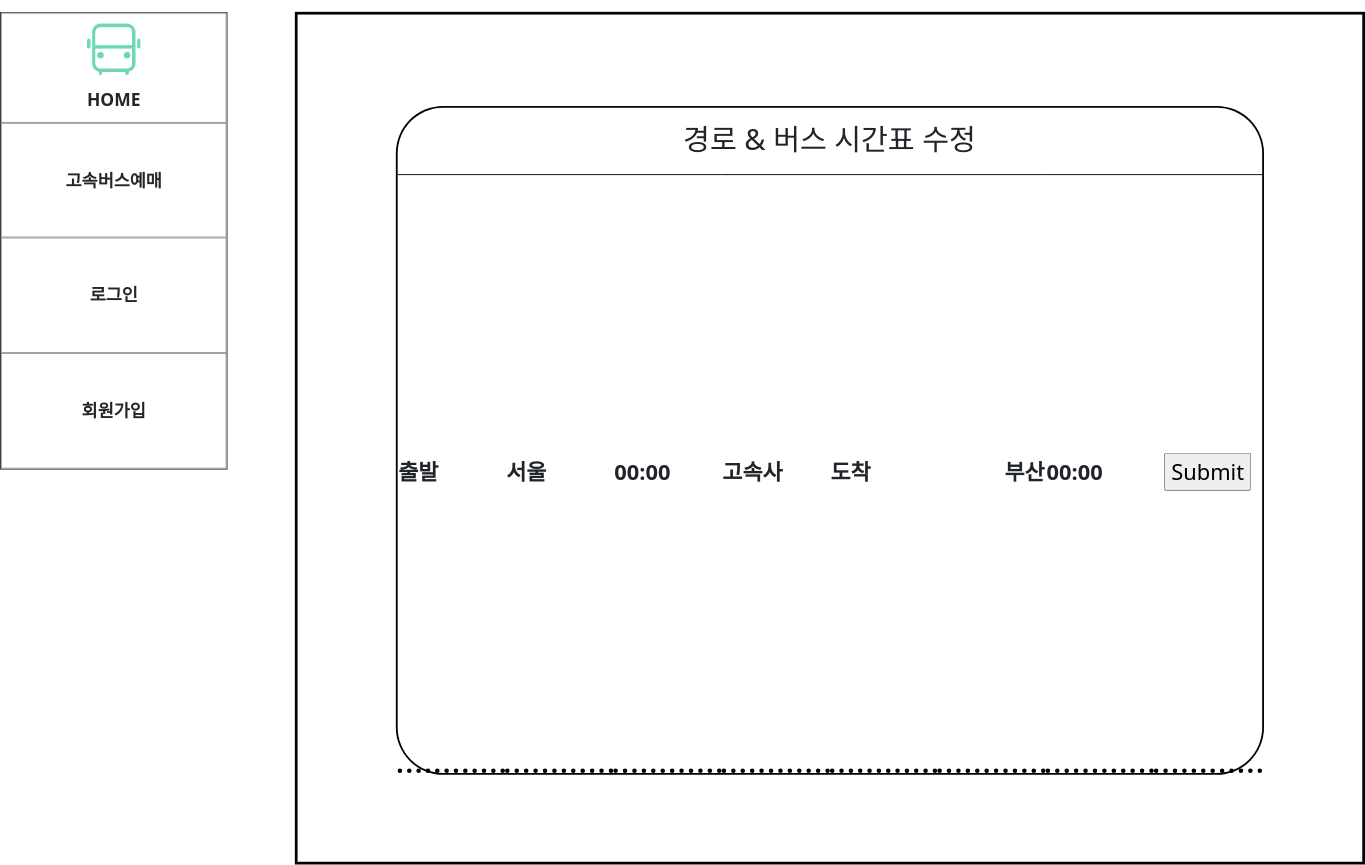
Repository: rudqhd79/spring_personal
Page: http://localhost/edit/edit
An editor plug-in stored every save of this project. The page is shown before and after the next save, followed by the edit.
The browser window is 1280 px wide. The page is 1500 px wide, so the pictures cover 1500 px, including what lies to the right of the window. The pictures show the whole page, at 91% of full size.
The page is this project's Thymeleaf template; nobody is signed in. The template is opened directly, without the code that normally fills it, so the values that code supplies are empty.

Above is the page before, as saved 2023-02-03 09:32:40.

After the next save:
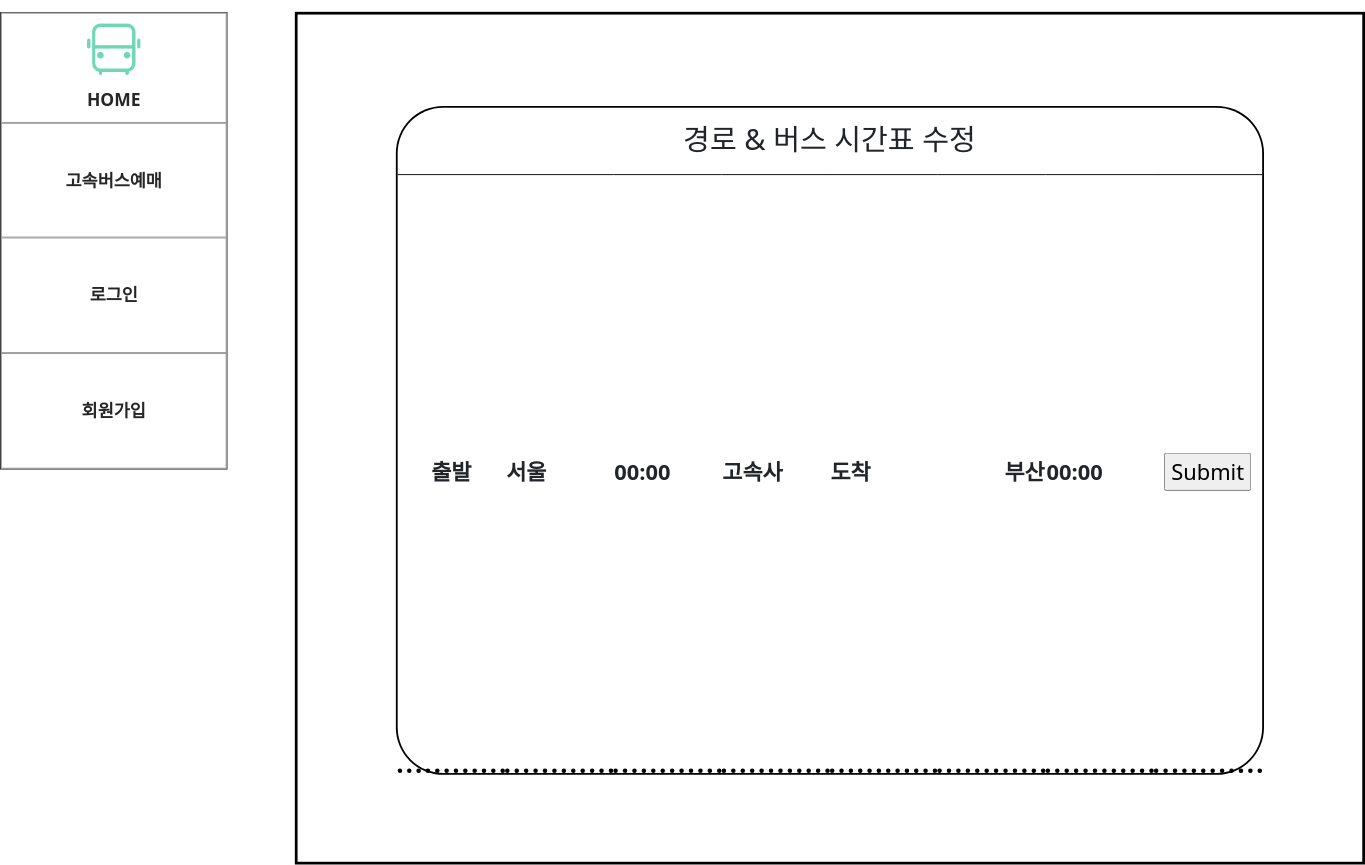
Saved 4 s later.
--- a/bus-reservation/src/main/resources/templates/edit/edit.html
+++ b/bus-reservation/src/main/resources/templates/edit/edit.html
@@ -41,7 +41,7 @@
 				<div style="text-align: center; font-size: 2em; margin: 10px 0 15px 0;">경로 & 버스 시간표 수정</div>
 				<table class="edit_table" style="width:100%; height:90%;">
 					<tr style="font-size: 1.5em; width: 80%; border-bottom: 5px dotted black;">
-						<th class="" style="width:calc(100%/8); text-align: left">출발</th>
+						<th class="" style="width:calc(100%/8); text-align: center">출발</th>
 						<th class="" style="width:calc(100%/8); text-align: left">서울</th>
 						<th class="" style="width:calc(100%/8); text-align: left">00:00</th>
 						<th class="" style="width:calc(100%/8); text-align: left">고속사</th>
